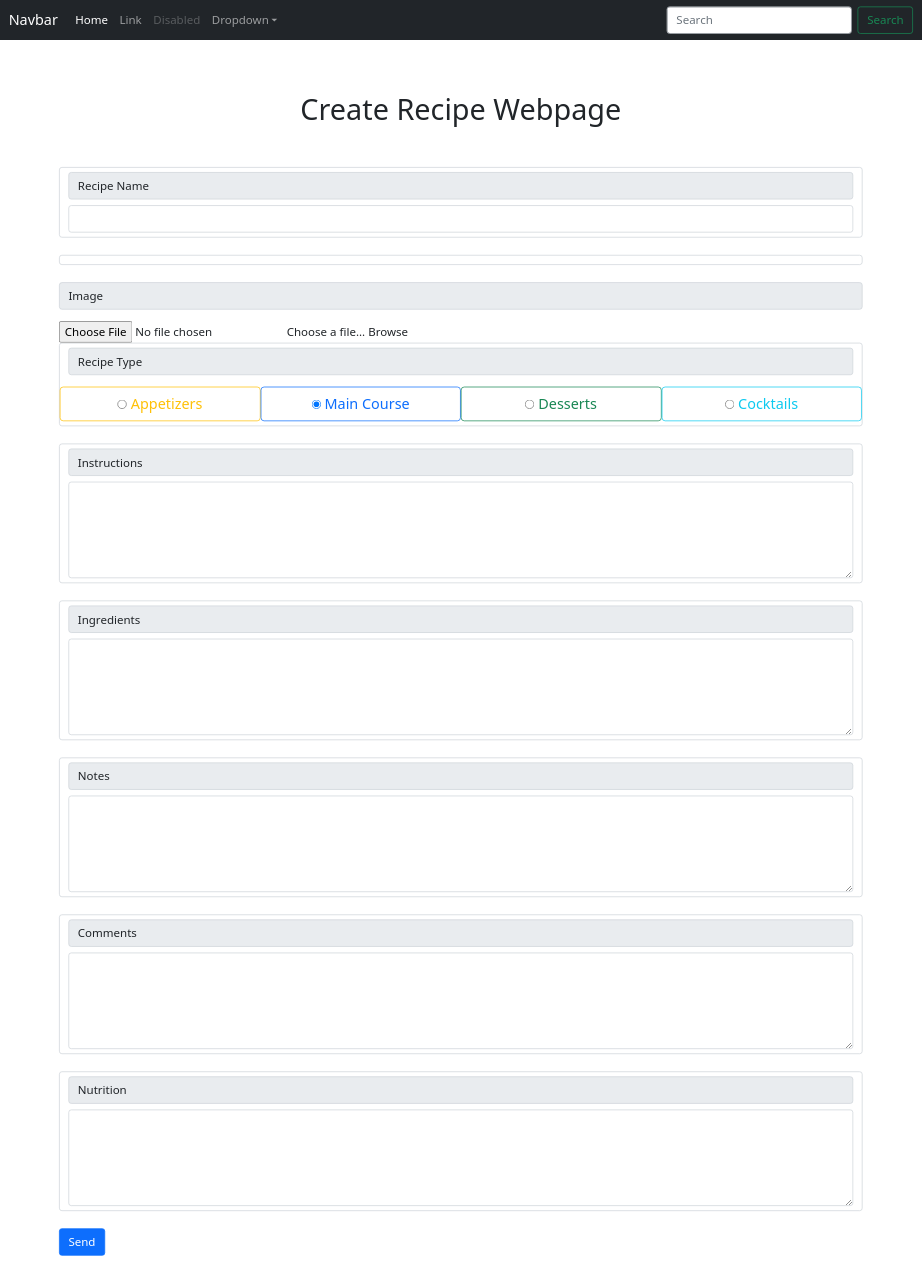
Repository: jerrywthompson/createRecipeWebpageHTML
Page: index.html
An editor plug-in stored every save of this project. The page is shown before and after the next save, followed by the edit.
The browser window is 1280 px wide. The pictures show the whole page, at 72% of full size.

Above is the page before, as saved 2021-02-25 15:40:18.

After the next save:
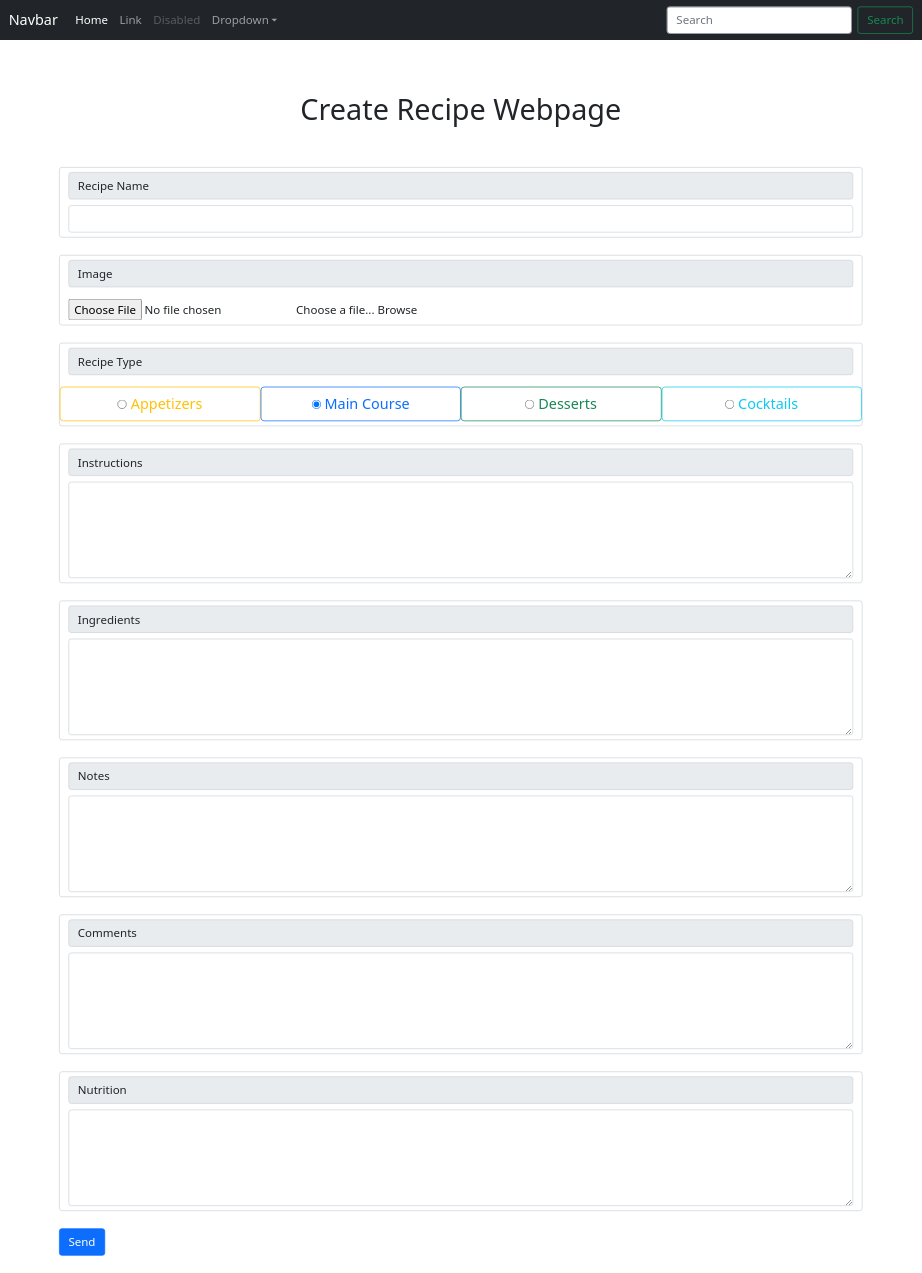
Saved 70 s later.
--- a/index.html
+++ b/index.html
@@ -74,6 +74,7 @@
                 <fieldset class="form-group">
 
                     <form action="main.php" method="post">
+
                         <div class="form-control mb-4">
                             <div class="input-group-prepend mb-2">
                                 <span class="input-group-text" id="inputGroup-sizing-default">Recipe Name</span>
@@ -81,7 +82,7 @@
                             <input type="text" name="recipeName" class="form-control" aria-label="Default" aria-describedby="inputGroup-sizing-default">
                         </div>
 
-                        <div class="form-control mb-4"></div>
+                        <div class="form-control mb-4">
                             <div class="input-group-prepend mb-3">
                                 <span class="input-group-text" id="inputGroup-sizing-default">Image</span>
                             </div>
